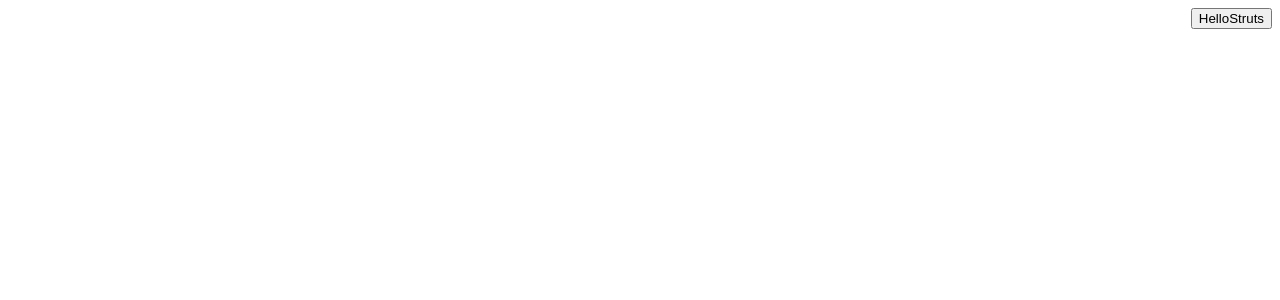
Repository: b1116248/test
Page: http://localhost/WebProj/
An editor plug-in stored every save of this project. The page is shown before and after the next save, followed by the edit.
The browser window is 1280 px wide. The pictures show the whole page.
The page is served by Tomcat 9. Other server files are loaded and not shown.

Above is the page before, as saved 2018-07-06 06:36:01.

### WebProj/WebContent/index.jsp
<%@ page language="java" contentType="text/html; charset=UTF-8" pageEncoding="UTF-8"%>
<%@ taglib prefix="s" uri="/struts-tags" %>

<!DOCTYPE html>
<html>
<head>
<meta charset="utf-8">
<title>INDEX</title>
</head>
<body>
	<form action="HelloStrutsAction">
		<s:submit value="HelloStruts"/>
	</form>


</body>
</html>

After the next save:
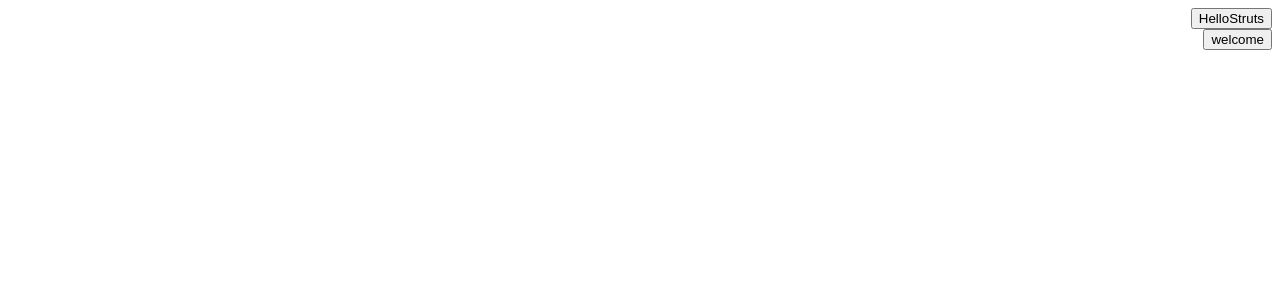
Saved 4 min 25 s later.
--- a/WebProj/WebContent/index.jsp
+++ b/WebProj/WebContent/index.jsp
@@ -12,6 +12,10 @@
 		<s:submit value="HelloStruts"/>
 	</form>
 
+	<form action="welcomeAction">
+		<s:submit value="welcome"/>
+	</form>
+
 
 </body>
 </html>
